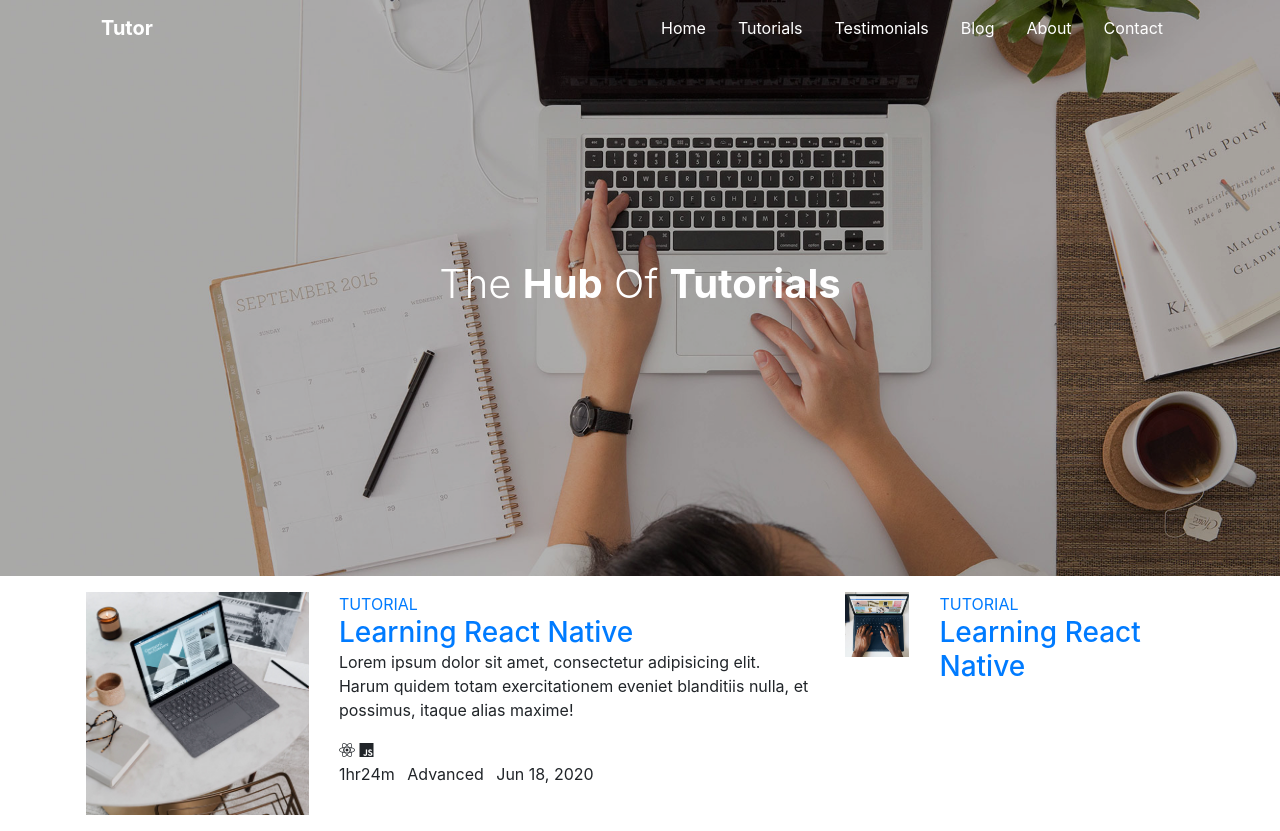
Repository: longvh2003/Tutor
Page: Views/home.html
These files come from the project's save history. The page is drawn as it stood at one moment and after the next save; the edit follows.
The browser window is 1280 px wide. The pictures show the whole page.
Some web libraries are served in a nearby version.

Above is the page before, as saved 2020-08-12 16:49:19.

After the next save:
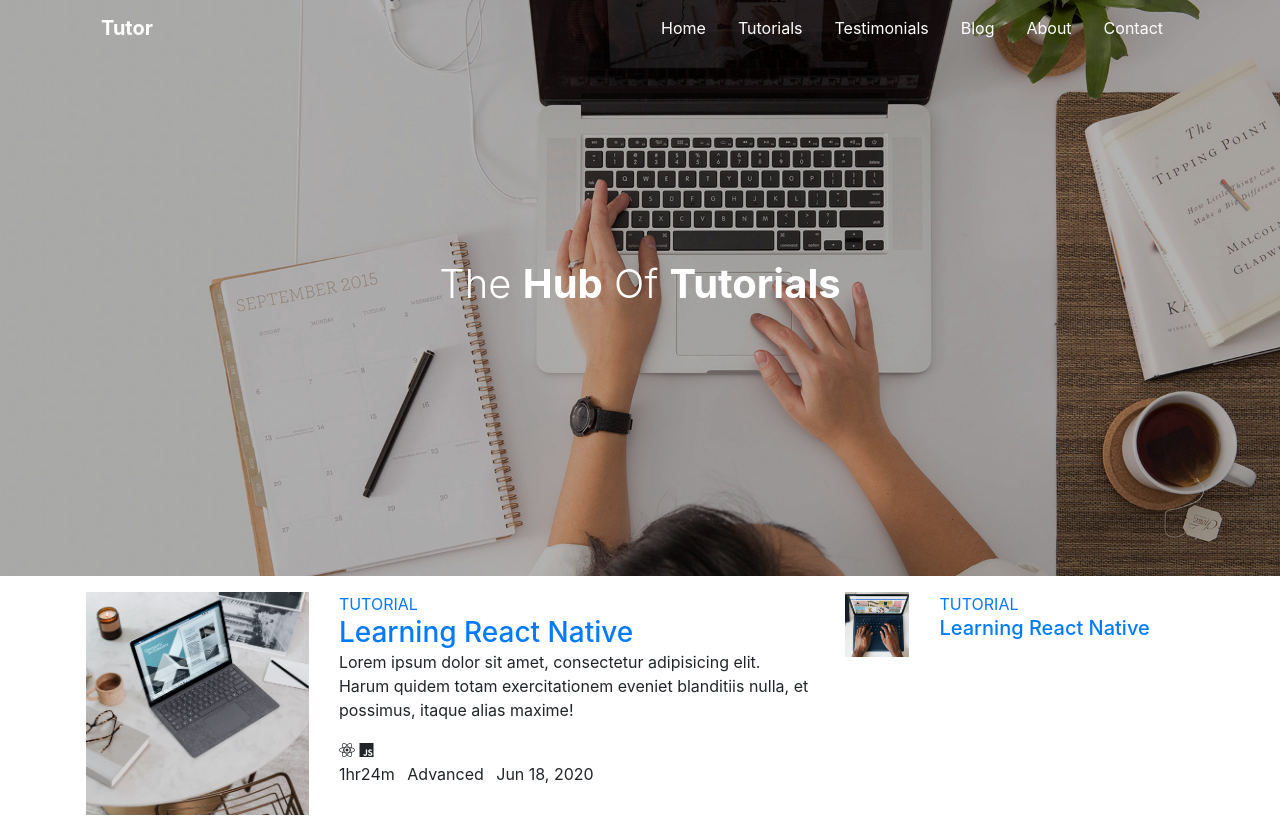
Saved 11 s later.
--- a/Views/home.html
+++ b/Views/home.html
@@ -73,7 +73,7 @@
                     <div class="col-3"><img class="img-latest-content" src="../Image/img_2.jpg" alt="..."></div>
                     <div class="col-9">
                         <div><a href="#">TUTORIAL</a></div>
-                        <div><a href="#" class="h3">Learning React Native</a></div>
+                        <div><a href="#" class="h5">Learning React Native</a></div>
                     </div>
                 </div>
             </div>
